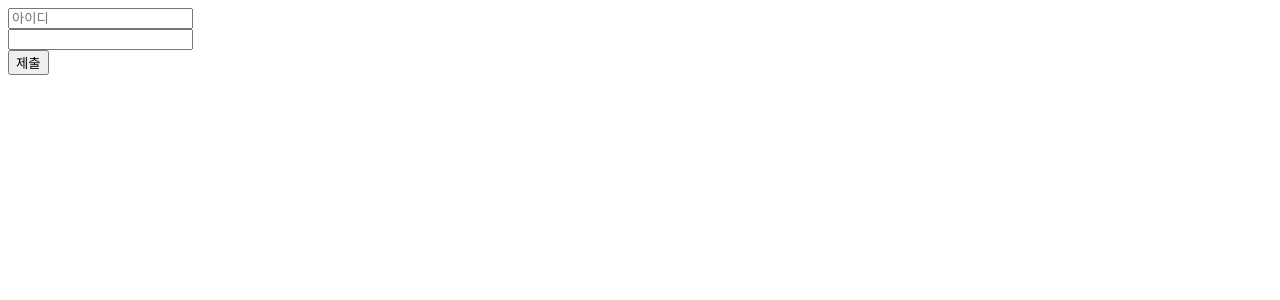
Repository: jungreul97/jsp_pracitce
Page: http://localhost/JSPBasic/Formstudy/Formtest.jsp
The author's editor kept a copy of each file at every save. The page is drawn from the files as they stood at one save, then again after the next save.
The browser window is 1280 px wide. The pictures show the whole page.
The page is served by Tomcat 9.

Above is the page before, as saved 2022-02-03 05:13:01.

### JSPBasic/src/main/webapp/Formstudy/Formtest.jsp
<%@ page language="java" contentType="text/html; charset=UTF-8"
    pageEncoding="UTF-8"%>
<!DOCTYPE html>
<html>
<head>
<meta charset="UTF-8">
<title>회원 가입 테스트</title>
</head>
<body>
	<!--  post이면 url에 넘어가지 않고 get이면 url주소에 표시된다. -->
	<form action = "#" method = "post">
		<input type = "text" name = "id" placeholder = "아이디"/><br/>
		<input type = "password" name  = "pw" palceholder  = "비밀번호"><br/>
		<input type = "submit" value = "제출"/>
	</form>

</body>
</html>

After the next save:
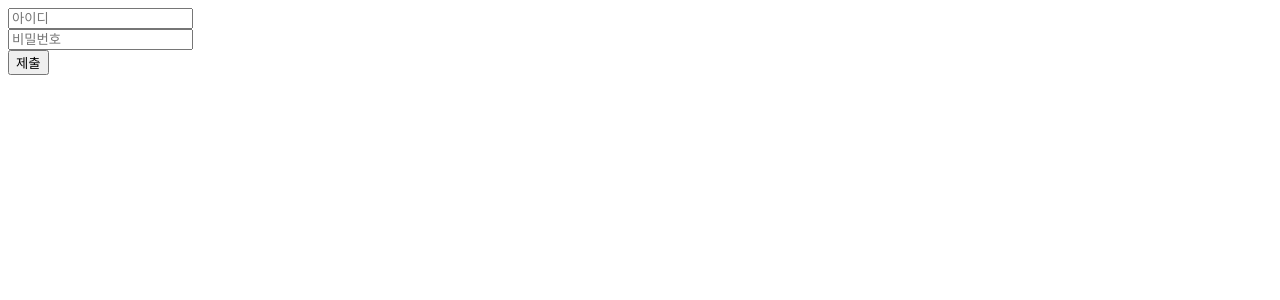
Saved 44 s later.
--- a/JSPBasic/src/main/webapp/Formstudy/Formtest.jsp
+++ b/JSPBasic/src/main/webapp/Formstudy/Formtest.jsp
@@ -10,7 +10,7 @@
 	<!--  post이면 url에 넘어가지 않고 get이면 url주소에 표시된다. -->
 	<form action = "#" method = "post">
 		<input type = "text" name = "id" placeholder = "아이디"/><br/>
-		<input type = "password" name  = "pw" palceholder  = "비밀번호"><br/>
+		<input type = "password" name  = "pw" placeholder  = "비밀번호"><br/>
 		<input type = "submit" value = "제출"/>
 	</form>
 
